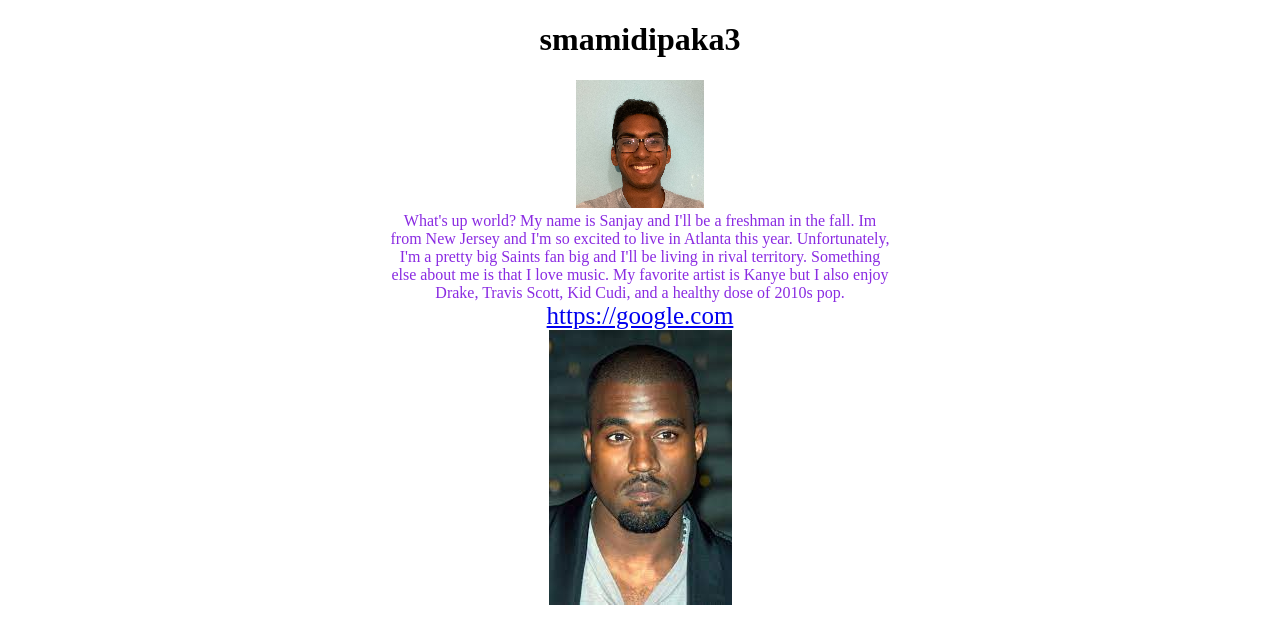
Repository: sanjayMamidipaka/cs1301
Page: lab01/index.html
These files come from the project's save history. The page is drawn as it stood at one moment and after the next save; the edit follows.
The browser window is 1280 px wide. The pictures show the whole page.

Above is the page before, as saved 2021-07-22 16:25:02.

### lab01/index.html
<!DOCTYPE html>

<head>
    <link rel="stylesheet" href="style.css">
  </head>

  <div class = "h1">
    <h1>smamidipaka3</h1>

    <img src="image.png" alt="My Picture">
    <p class = 'description'>
        What's up world? My name is Sanjay and I'll be a freshman in the fall. Im from New Jersey and I'm so excited to live in Atlanta this year.
        Unfortunately, I'm a pretty big Saints fan big and I'll be living in rival territory. Something else about me is that I love music. My favorite artist is Kanye but
        I also enjoy Drake, Travis Scott, Kid Cudi, and a healthy dose of 2010s pop.
    </p>

    <a class='link' href="https://google.com">https://google.com</a>

  </div>

  <a href="https://www.kanyewest.com/" >
    <img class='kanye' src="kanye.jpeg" alt="The GOAT's pic">
</a>

### lab01/style.css
.h1 {
    text-align: center
}

.description {
    width: 500px;
    text-align: center;
    margin: auto;
    color: blueviolet;
    size: 15px;
}

.link {
    font-size: 25px;
}

.kanye {
    display: block;
    margin-left: auto;
    margin-right: auto;
}

After the next save:
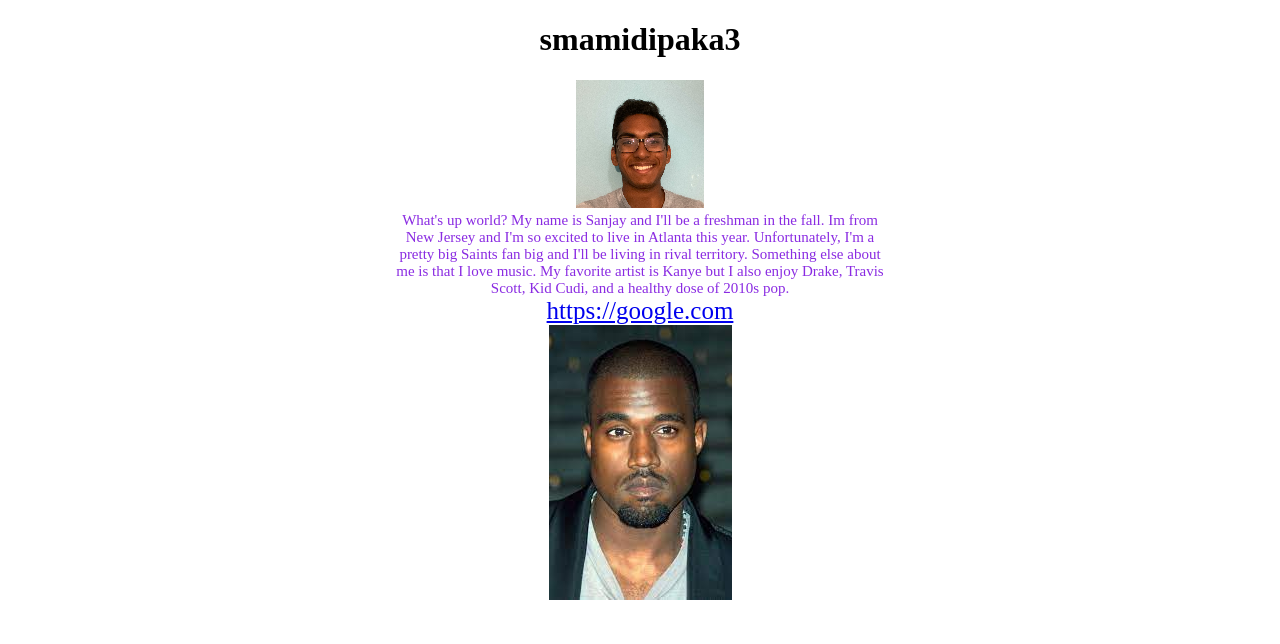
Saved 4 s later.
--- a/lab01/style.css
+++ b/lab01/style.css
@@ -7,7 +7,7 @@
     text-align: center;
     margin: auto;
     color: blueviolet;
-    size: 15px;
+    font-size: 15px;
 }
 
 .link {
